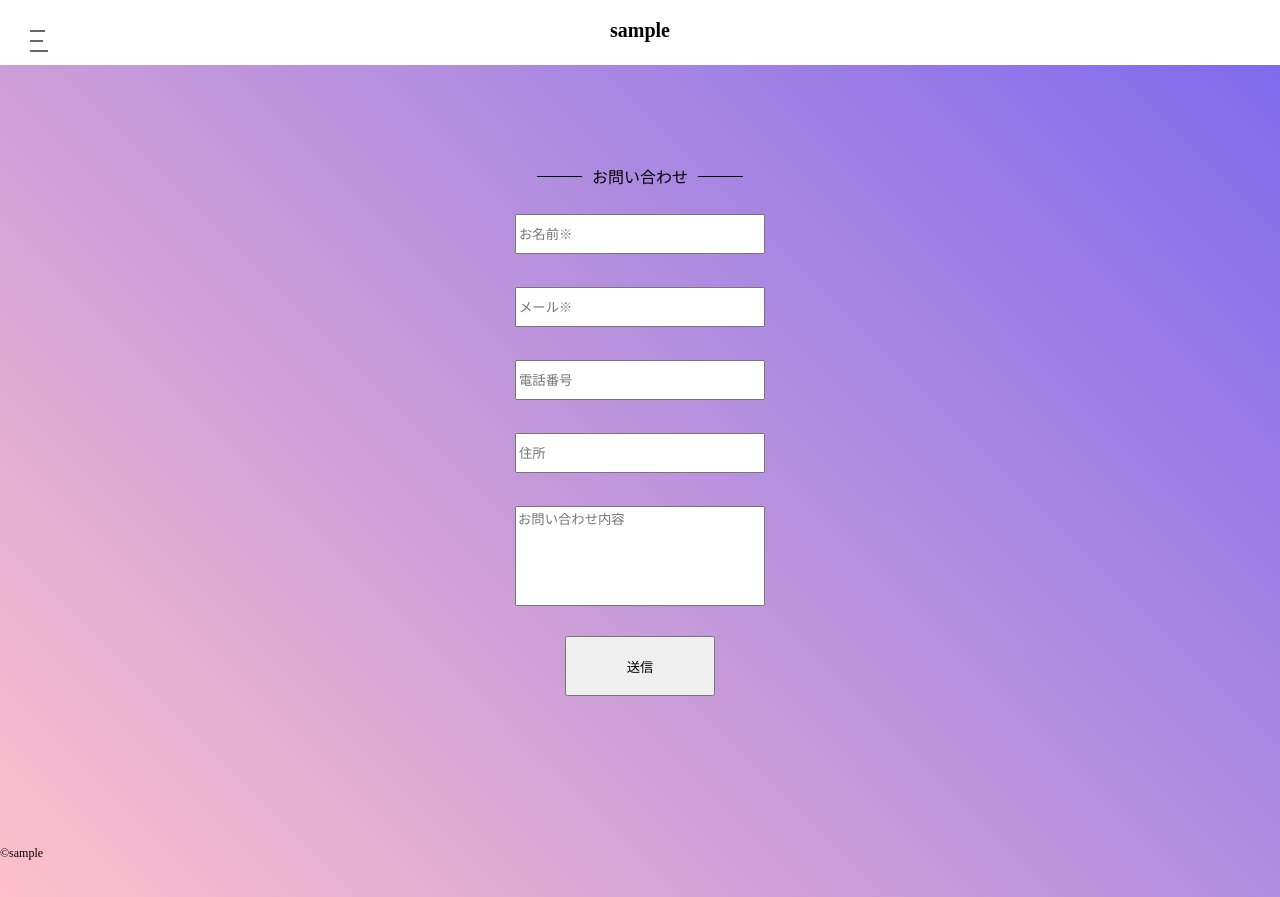
Repository: hayashikazuki/side_job_tenp_hayashi
Page: salon-tenp/contact.html
The author's editor kept a record of every edit. The page is drawn from the files as they stood at one moment, then again after the next edit.
The browser window is 1280 px wide. The pictures show the whole page.
Some web libraries are served in a nearby version.

Above is the page before.

### salon-tenp/contact.html
<!DOCTYPE>
<html lang="ja">
    <head>
        <meta charaset="UTF-8">
        <title>sampleサロン</title>
        <meta charset="UTF-8">
        <meta name="viewport" content="width=device-width,initial-scale=1">
        <link rel="stylesheet" href="contact.css"/>
        <!--<link rel="stylesheet" href="bootstrap.css"/>-->
        <link href="https://use.fontawesome.com/releases/v5.6.1/css/all.css" rel="stylesheet">
        <link rel="stylesheet" href="https://cdnjs.cloudflare.com/ajax/libs/font-awesome-animation/0.0.10/font-awesome-animation.css"
        type="text/css" media="all" />
        <script src="https://ajax.googleapis.com/ajax/libs/jquery/3.5.1/jquery.min.js"></script>
        <script src="contact.js"></script>
    </head>
    <body>
        <header>
            <h1>sample</h1>
        </header>

        <div id="navArea">

            <nav>
                <div class="inner">
                  <ul>
                    <li><a href="salon.html">TOP</a></li>
                    <li><a href="profile.html">店舗紹介</a></li>
                    <li><a href="contact.html">お問い合わせ</a></li>
                  </ul>
                </div>
            </nav>

          　<div class="toggle_btn">
                <span></span>
                <span></span>
                <span></span>
          　</div>

      　　　　<div id="mask"></div>

    　　</div>

    　　<section class="contact-form">
            <p>お問い合わせ</p>
            <form action="contact.php" method="post">
                    <input type="text" name="name"  placeholder="お名前※" required><br />
                    <input type="email" name="email"  placeholder="メール※" required><br />
                    <input type="text" name="tel"  placeholder="電話番号"><br />
                    <input type="text" name="address"  placeholder="住所"><br />
                    <textarea name="messages" placeholder="お問い合わせ内容" style="resize:none"></textarea>
                    <button type="submit" name="submit" class="btn btn-default btn-lg active"　onclick="clickEvent()">送信</button>
            </form>

        </section>

         <footer>
            <p>&copy;sample</p>
        </footer>



    　</body>
    </html>

### salon-tenp/contact.css
body{
    margin:0;
}

header {
  position: fixed;
  top: 0;
  left: 0;
  z-index: 2;
  width: 100%;
  height: 65px;
  background: white;
}
header h1 {
  color: black;
  text-align:center;
  font-size:20px;
  line-height:35px;
  transition: .3s;
}

/*============
nav
=============*/
nav {
  display: block;
  position: fixed;
  top: 0;
  left: -300px;
  bottom: 0;
  width: 300px;
  background: #ffffff;
  overflow-x: hidden;
  overflow-y: auto;
  -webkit-overflow-scrolling: touch;
  transition: .5s;
  z-index: 3;
}
.open nav {
  left: 0;
}
nav .inner {
  padding: 25px;
}
nav .inner ul {
  list-style: none;
  margin: 0;
  padding: 0;
}
nav .inner ul li {
  position: relative;
  margin: 0;
  border-bottom: 1px solid #333;
}
nav .inner ul li a {
  display: block;
  color: #333;
  font-size: 14px;
  padding: 1em;
  text-decoration: none;
  transition-duration: 0.2s;
}
nav .inner ul li a:hover {
  background: #e4e4e4;
}

@media screen and (max-width: 767px) {
  nav {
    left: -240px;
    width: 240px;
  }
}
/*============
@keyframes
=============*/
@keyframes equalizer01 {
  0% {
    width: 70%;
  }
  10% {
    width: 50%;
  }
  20% {
    width: 100%;
  }
  30% {
    width: 10%;
  }
  40% {
    width: 50%;
  }
  50% {
    width: 70%;
  }
  60% {
    width: 50%;
  }
  70% {
    width: 10%;
  }
  80% {
    width: 100%;
  }
  90% {
    width: 10%;
  }
  100% {
    width: 70%;
  }
}
@keyframes equalizer02 {
  0% {
    width: 30%;
  }
  10% {
    width: 20%;
  }
  20% {
    width: 40%;
  }
  30% {
    width: 10%;
  }
  40% {
    width: 20%;
  }
  50% {
    width: 30%;
  }
  60% {
    width: 20%;
  }
  70% {
    width: 10%;
  }
  80% {
    width: 40%;
  }
  90% {
    width: 10%;
  }
  100% {
    width: 30%;
  }
}
/*============
.toggle_btn
=============*/
.toggle_btn {
  display: block;
  position: fixed;
  top: 25px;
  left: 30px;
  width: 60px;
  height: 30px;
  transform: translate(0, 0);
  transition: all .5s;
  cursor: pointer;
  z-index: 3;
}
.open .toggle_btn {
  left: 330px;
}
.toggle_btn span {
  display: block;
  position: absolute;
  left: 0;
  width: 30px;
  height: 2px;
  background-color: #666;
  transition: all .5s;
}
.toggle_btn span:nth-child(1) {
  top: 5px;
  width: 60px;
  animation: equalizer01 7000ms infinite;
}
.toggle_btn span:nth-child(2) {
  top: 15px;
  width: 30px;
  animation: equalizer02 5000ms infinite;
  animation-delay: 0.33s;
}
.toggle_btn span:nth-child(3) {
  top: 25px;
  width: 20px;
  animation: equalizer02 5000ms infinite;
}
.open .toggle_btn span {
  background-color: #fff;
  width: 30px;
}
.open .toggle_btn span:nth-child(1) {
  transform: translate(0, 10px) rotate(-45deg);
  animation: unset;
}
.open .toggle_btn span:nth-child(2) {
  opacity: 0;
  animation: unset;
}
.open .toggle_btn span:nth-child(3) {
  transform: translate(0, -10px) rotate(45deg);
  animation: unset;
}
@media screen and (max-width: 767px) {
  .open .toggle_btn {
    left: 260px;
  }
}
/*============
#mask
=============*/
#mask {
  display: none;
}
.open #mask {
  display: block;
  position: fixed;
  top: 0;
  left: 0;
  width: 100%;
  height: 100%;
  background: #000;
  opacity: .8;
  z-index: 2;
  cursor: pointer;
  transition: all .5s;
}

body{
  background: linear-gradient(-135deg, #7B68EE, pink);
}

.contact-form{
    width:80%;
    margin:100px auto 20px auto;
    text-align:center;

}

.contact-form input{
  display:block;
  margin:10px auto 5px auto;
  width:250px;
  height:40px;
}

.contact-form textarea{
  display:block;
  margin:10px auto 5px auto;
  width:250px;
  height:100px;
}

.contact-form button{
  display:block;
  margin:30px auto 20px auto;
  width:150px;
  height:60px;
}

.contact-form p {
  position: relative;
  display: inline-block;
  padding: 0 55px;
}

.contact-form p:before, .contact-form p:after {
  content: '';
  position: absolute;
  top: 50%;
  display: inline-block;
  width: 45px;
  height: 1px;
  background-color: black;
}

.contact-form p:before {
  left:0;
}
.contact-form p:after {
  right: 0;
}

footer p{
    margin-top:150px;
    font-size:12px;
}

### salon-tenp/contact.js
$(function() {

  var $nav   = $('#navArea');
  var $btn   = $('.toggle_btn');
  var $mask  = $('#mask');
  var open   = 'open'; // class
  // menu open close
  $btn.on( 'click', function() {
    if ( ! $nav.hasClass( open ) ) {
      $nav.addClass( open );
    } else {
      $nav.removeClass( open );
    }
  });
  // mask close
  $mask.on('click', function() {
    $nav.removeClass( open );
  });


});

After the next edit:
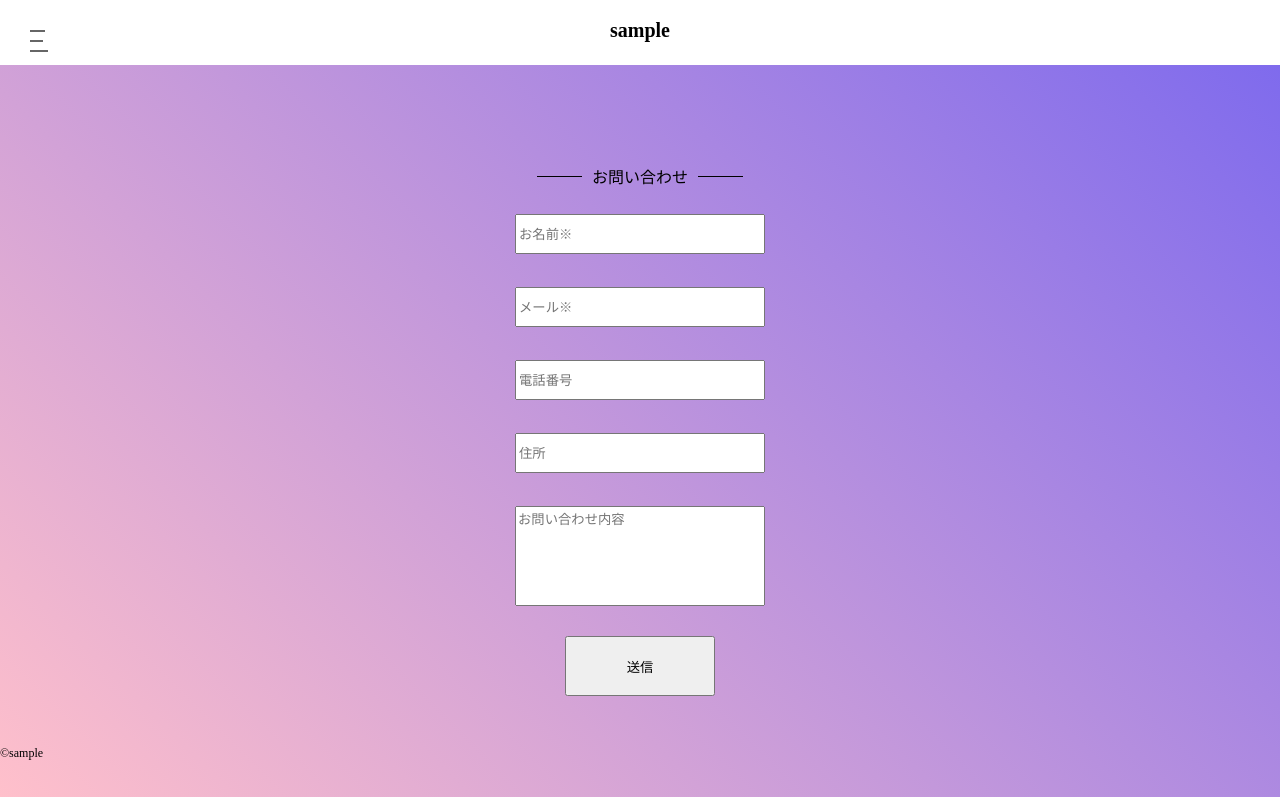
The edit:
--- a/salon-tenp/contact.css
+++ b/salon-tenp/contact.css
@@ -283,6 +283,6 @@
 }
 
 footer p{
-    margin-top:150px;
+    margin-top:50px;
     font-size:12px;
 }
